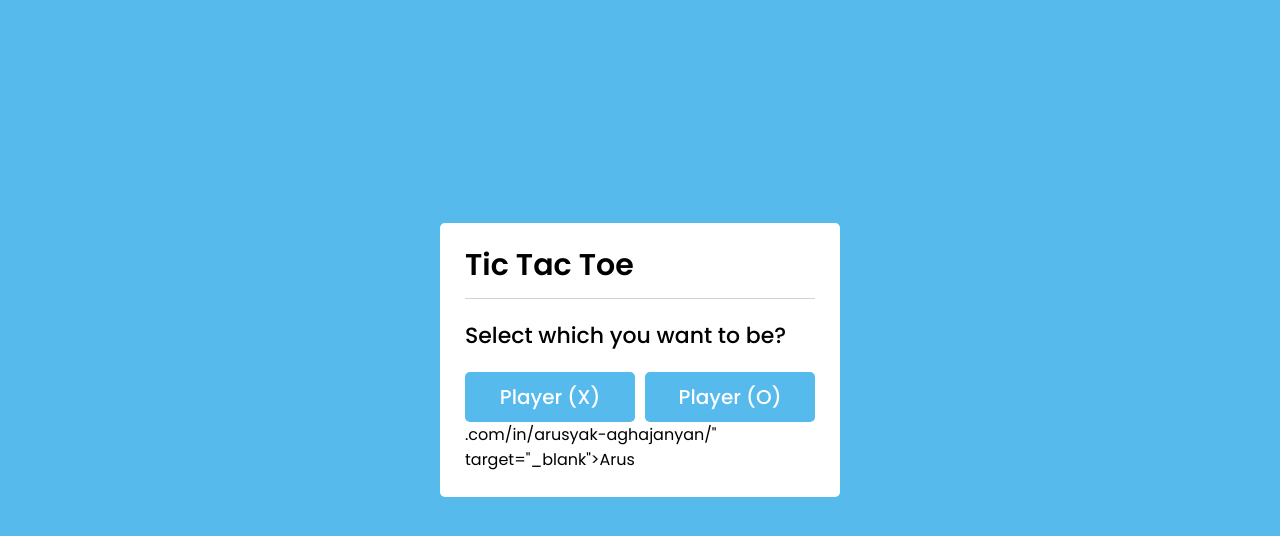
Repository: LusyaPetrosyan/Tic-Tac-Toe
Page: index.html
An editor plug-in stored every save of this project. The page is shown before and after the next save, followed by the edit.
The browser window is 1280 px wide. The pictures show the whole page.

Above is the page before, as saved 2022-02-07 02:53:20.

### index.html
<!DOCTYPE html>
<html lang="en">
<head>
    <meta charset="UTF-8">
    <meta http-equiv="X-UA-Compatible" content="IE=edge">
    <meta name="viewport" content="width=device-width, initial-scale=1.0">
    <link rel="stylesheet" href="./style.css">
    <link rel="stylesheet" href="https://cdnjs.cloudflare.com/ajax/libs/font-awesome/5.15.3/css/all.min.css"/>
    <title>TicTacToe</title>
</head>
<body>
<!-- select box -->
<div class="select-box">
    <header>Tic Tac Toe</header>
    <div class="content">
      <div class="title">Select which you want to be?</div>
      <div class="options">
        <button class="playerX">Player (X)</button>
        <button class="playerO">Player (O)</button>
      </div>
      .com/in/arusyak-aghajanyan/" target="_blank">Arus</a></div>
    </div>
  </div>
  <!-- playboard section -->
  <div class="play-board">
    <div class="details">
      <div class="players">
        <span class="Xturn">X's Turn</span>
        <span class="Oturn">O's Turn</span>
        <div class="slider"></div>
      </div>
    </div>
    <div class="play-area">
      <section>
        <span class="box1"></span>
        <span class="box2"></span>
        <span class="box3"></span>
      </section>
      <section>
        <span class="box4"></span>
        <span class="box5"></span>
        <span class="box6"></span>
      </section>
      <section>
        <span class="box7"></span>
        <span class="box8"></span>
        <span class="box9"></span>
      </section>
    </div>
  </div>
  <!-- result box -->
  <div class="result-box">
    <div class="won-text"></div>
    <div class="btn"><button>Replay</button></div>
  </div>
    <script src="./script.js"></script>
</body>
</html>

### style.css
@import url('https://fonts.googleapis.com/css2?family=Poppins:wght@200;300;400;500;600;700&display=swap');
*{
  margin: 0;
  padding: 0;
  box-sizing: border-box;
  font-family: 'Poppins', sans-serif;
}
::selection{
  color: #fff;
  background:#56baed;
}
body{
  background:#56baed;
}
.select-box, .play-board, .result-box{
  position: absolute;
  top: 50%;
  left: 50%;
  transform: translate(-50%, -50%);
  transition: all 0.3s ease;
}
.select-box{
  background: #fff;
  padding: 20px 25px 25px;
  border-radius: 5px;
  max-width: 400px;
  width: 100%;
}
.select-box.hide{
  opacity: 0;
  pointer-events: none;
}
.select-box header{
  font-size: 30px;
  font-weight: 600;
  padding-bottom: 10px;
  border-bottom: 1px solid lightgrey;
}
.select-box .title{
  font-size: 22px;
  font-weight: 500;
  margin: 20px 0;
}
.select-box .options{
  display: flex;
  width: 100%;
}
.options button{
  width: 100%;
  font-size: 20px;
  font-weight: 500;
  padding: 10px 0;
  border: none;
  background: #56baed;
  border-radius: 5px;
  color: #fff;
  outline: none;
  cursor: pointer;
  transition: all 0.3s ease;
}
.options button:hover,
.btn button:hover{
  transform: scale(0.96);
}
.options button.playerX{
  margin-right: 5px;
}
.options button.playerO{
  margin-left: 5px;
}
.select-box .credit{
  text-align: center;
  margin-top: 20px;
  font-size: 18px;
  font-weight: 500;
}
.select-box .credit a{
  color: #56baed;
  text-decoration: none;
}
.select-box .credit a:hover{
  text-decoration: underline;
}
.play-board{
  opacity: 0;
  pointer-events: none;
  transform: translate(-50%, -50%) scale(0.9);
}
.play-board.show{
  opacity: 1;
  pointer-events: auto;
  transform: translate(-50%, -50%) scale(1);
}
.play-board .details{
  padding: 7px;
  border-radius: 5px;
  background: #fff;
}
.play-board .players{
  width: 100%;
  display: flex;
  position: relative;
  justify-content: space-between;
}
.players span{
  position: relative;
  z-index: 2;
  color: #56baed;
  font-size: 20px;
  font-weight: 500;
  padding: 10px 0;
  width: 100%;
  text-align: center;
  cursor: default;
  user-select: none;
  transition: all 0.3 ease;
}
.players.active span:first-child{
  color: #fff;
}
.players.active span:last-child{
  color: #56baed;
}
.players span:first-child{
  color: #fff;
}
.players .slider{
  position: absolute;
  top: 0;
  left: 0;
  width: 50%;
  height: 100%;
  background: #56baed;
  border-radius: 5px;
  transition: all 0.3s ease;
}
.players.active .slider{
  left: 50%;
}
.players.active span:first-child{
  color: #56baed;
}
.players.active span:nth-child(2){
  color: #fff;
}
.players.active .slider{
  left: 50%;
}
.play-area{
  margin-top: 20px;
}
.play-area section{
  display: flex;
  margin-bottom: 1px;
}
.play-area section span{
  display: block;
  height: 90px;
  width: 90px;
  margin: 2px;
  color: #56baed;
  font-size: 40px;
  line-height: 80px;
  text-align: center;
  border-radius: 5px;
  background: #fff;
}
.result-box{
  padding: 25px 20px;
  border-radius: 5px;
  max-width: 400px;
  width: 100%;
  opacity: 0;
  text-align: center;
  background: #fff;
  pointer-events: none;
  transform: translate(-50%, -50%) scale(0.9);
}
.result-box.show{
  opacity: 1;
  pointer-events: auto;
  transform: translate(-50%, -50%) scale(1);
}
.result-box .won-text{
  font-size: 30px;
  font-weight: 500;
  display: flex;
  justify-content: center;
}
.result-box .won-text p{
  font-weight: 600;
  margin: 0 5px;
}
.result-box .btn{
  width: 100%;
  margin-top: 25px;
  display: flex;
  justify-content: center;
}
.btn button{
  font-size: 18px;
  font-weight: 500;
  padding: 8px 20px;
  border: none;
  background: #56baed;
  border-radius: 5px;
  color: #fff;
  outline: none;
  cursor: pointer;
  transition: all 0.3s ease;
}

### script.js
const selectBox = document.querySelector(".select-box"),
selectBtnX = selectBox.querySelector(".options .playerX"),
selectBtnO = selectBox.querySelector(".options .playerO"),
playBoard = document.querySelector(".play-board"),
players = document.querySelector(".players"),
allBox = document.querySelectorAll("section span"),
resultBox = document.querySelector(".result-box"),
wonText = resultBox.querySelector(".won-text"),
replayBtn = resultBox.querySelector("button");
window.onload = ()=>{
    for (let i = 0; i < allBox.length; i++) {
       allBox[i].setAttribute("onclick", "clickedBox(this)");
    }
}
selectBtnX.onclick = ()=>{
    selectBox.classList.add("hide");
    playBoard.classList.add("show");
}
selectBtnO.onclick = ()=>{
    selectBox.classList.add("hide");
    playBoard.classList.add("show");
    players.setAttribute("class", "players active player");
}
let playerXIcon = "fas fa-times",
playerOIcon = "far fa-circle",
playerSign = "X",
runBot = true;
function clickedBox(element){
    if(players.classList.contains("player")){
        playerSign = "O";
        element.innerHTML = `<i class="${playerOIcon}"></i>`;
        players.classList.remove("active");
        element.setAttribute("id", playerSign);
    }else{
        element.innerHTML = `<i class="${playerXIcon}"></i>`;
        element.setAttribute("id", playerSign);
        players.classList.add("active");
    }
    selectWinner();
    element.style.pointerEvents = "none";
    playBoard.style.pointerEvents = "none";
    let randomTimeDelay = ((Math.random() * 1000) + 200).toFixed();
    setTimeout(()=>{
        bot(runBot);
    }, randomTimeDelay);
}
function bot(){
    let array = [];
    if(runBot){
        playerSign = "O";
        for (let i = 0; i < allBox.length; i++) {
            if(allBox[i].childElementCount == 0){
                array.push(i);
            }
        }
        let randomBox = array[Math.floor(Math.random() * array.length)];
        if(array.length > 0){
            if(players.classList.contains("player")){
                playerSign = "X";
                allBox[randomBox].innerHTML = `<i class="${playerXIcon}"></i>`;
                allBox[randomBox].setAttribute("id", playerSign);
                players.classList.add("active");
            }else{
                allBox[randomBox].innerHTML = `<i class="${playerOIcon}"></i>`;
                players.classList.remove("active");
                allBox[randomBox].setAttribute("id", playerSign);
            }
            selectWinner();
        }
        allBox[randomBox].style.pointerEvents = "none";
        playBoard.style.pointerEvents = "auto";
        playerSign = "X";
    }
}
function getIdVal(classname){
    return document.querySelector(".box" + classname).id;
}
function checkIdSign(val1, val2, val3, sign){
    if(getIdVal(val1) == sign && getIdVal(val2) == sign && getIdVal(val3) == sign){
        return true;
    }
}
function selectWinner(){
    if(checkIdSign(1,2,3,playerSign) || checkIdSign(4,5,6, playerSign) || checkIdSign(7,8,9, playerSign) || checkIdSign(1,4,7, playerSign) || checkIdSign(2,5,8, playerSign) || checkIdSign(3,6,9, playerSign) || checkIdSign(1,5,9, playerSign) || checkIdSign(3,5,7, playerSign)){
        runBot = false;
        bot(runBot);
        setTimeout(()=>{
            resultBox.classList.add("show");
            playBoard.classList.remove("show");
        }, 700);
        wonText.innerHTML = `Player <p>${playerSign}</p> won the game!`;
    }else{
        if(getIdVal(1) != "" && getIdVal(2) != "" && getIdVal(3) != "" && getIdVal(4) != "" && getIdVal(5) != "" && getIdVal(6) != "" && getIdVal(7) != "" && getIdVal(8) != "" && getIdVal(9) != ""){
            runBot = false;
            bot(runBot);
            setTimeout(()=>{
                resultBox.classList.add("show");
                playBoard.classList.remove("show");
            }, 700);
            wonText.textContent = "Match has been drawn!";
        }
    }
}
replayBtn.onclick = ()=>{
    window.location.reload();
}

After the next save:
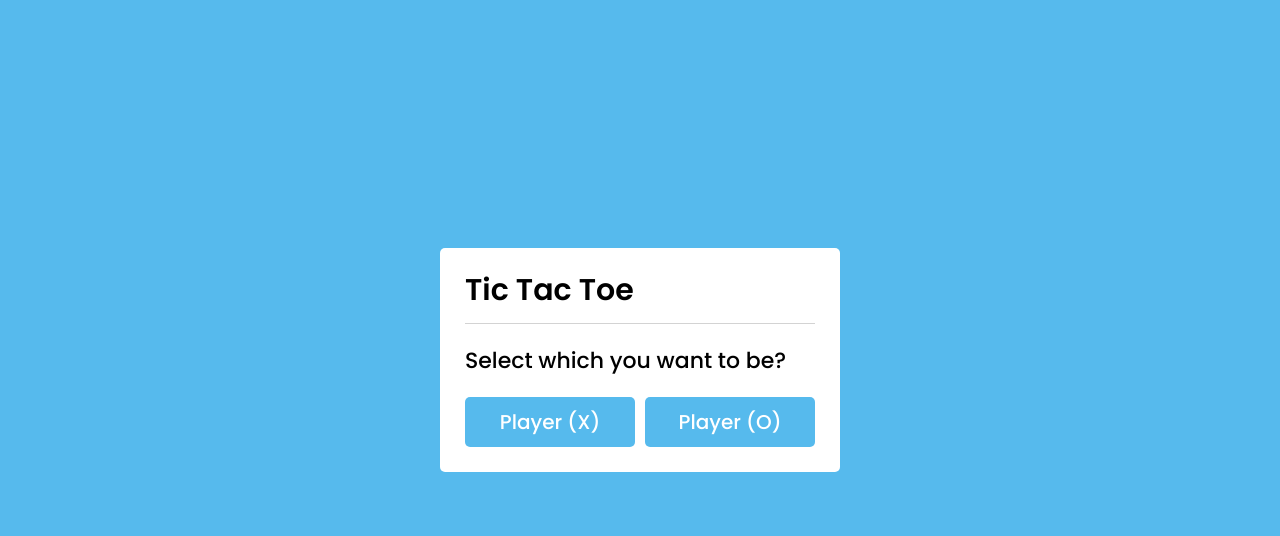
Saved 11 s later.
--- a/index.html
+++ b/index.html
@@ -18,7 +18,6 @@
         <button class="playerX">Player (X)</button>
         <button class="playerO">Player (O)</button>
       </div>
-      .com/in/arusyak-aghajanyan/" target="_blank">Arus</a></div>
     </div>
   </div>
   <!-- playboard section -->
